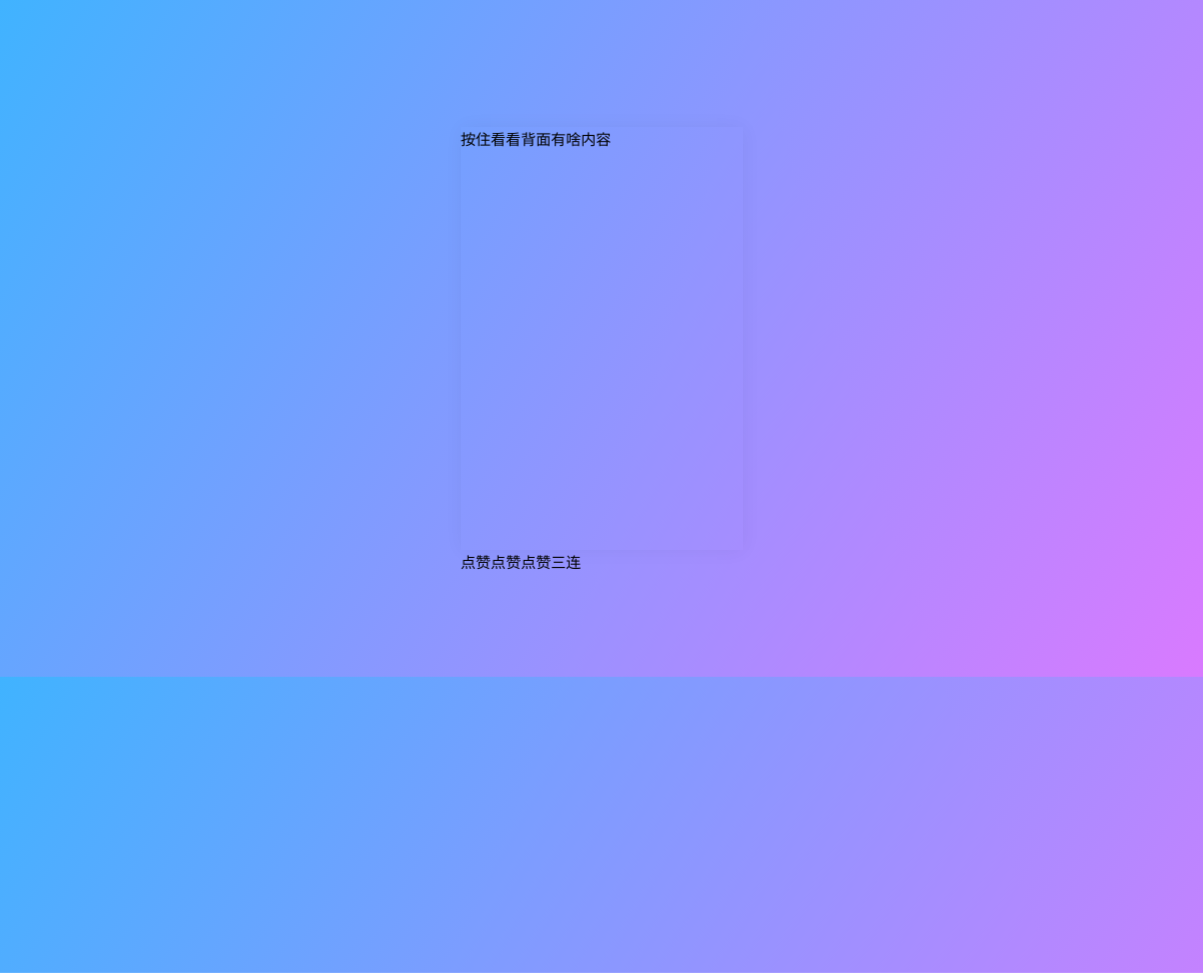
Repository: triumph-star/CSS-practice
Page: One CSS per day/overturn/index.html
The author's editor kept a copy of each file at every save. The page is drawn from the files as they stood at one save, then again after a run of saves.
The browser window is 1280 px wide. The pictures show the whole page, at 94% of full size.

Above is the page before, as saved 2020-11-17 09:30:45.

### One CSS per day/overturn/index.html
<!DOCTYPE html>
<html lang="en">
<head>
  <meta charset="UTF-8">
  <meta name="viewport" content="width=device-width, initial-scale=1.0">
  <title>翻转卡片</title>
  <link href="./css.css" rel="stylesheet"></link>
</head>
<body>
  <div class="card">
    <!-- 卡片正面 -->
    <div class="card_front">
      <p>按住看看背面有啥内容</p>
    </div>
    <!-- 卡片背面 -->
    <div class="card_back">
      <p>点赞</p>
      <p>点赞</p>
      <p>点赞</p>
      <p>三连</p>
    </div>
  </div>
</body>
</html>

### One CSS per day/overturn/css.css
* {
  margin: 0;
  padding: 0;
  user-select: none;
}

body {
  perspective: 1600px;
  height: 100vh;
  width: 100%;
  display: flex;
  justify-content: center;
  align-items: center;
  background-image: linear-gradient(120deg,#40b3ff,#d97aff);
}

.card{
  position: relative;
  transform-style: preserve-3d;
  width: 300px;
  height: 450px;
  cursor: pointer;
  box-shadow: 1px 1px 20px rgba(0, 0, 0, 0.05);
}

.card_front,.card_back{
  width: 100%;
  height: 100%;
  display: flex;
  justify-content: ;
}

After the next 6 saves:
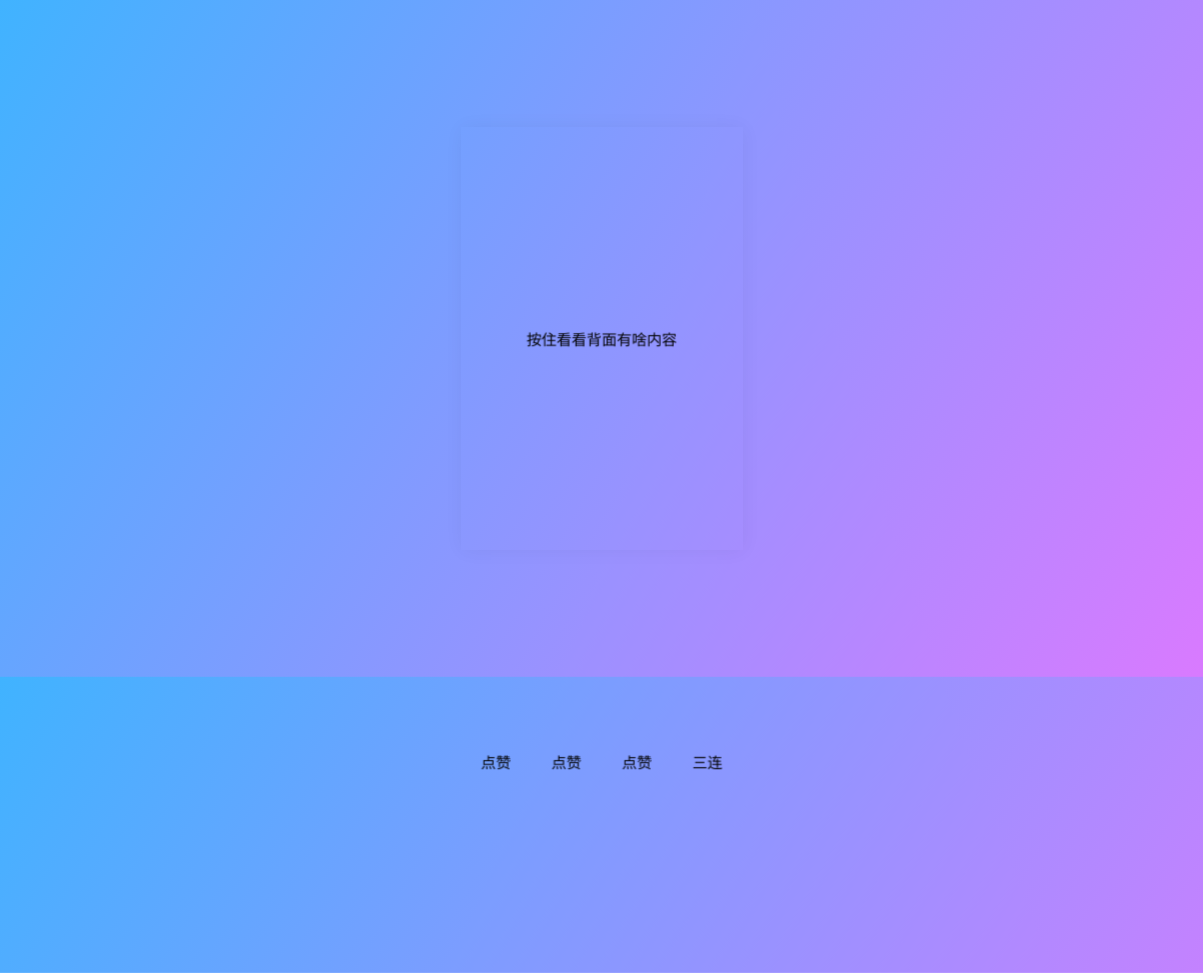
The 6 saves are shown as one change because they came seconds apart.
The last was saved 15 s later.
--- a/One CSS per day/overturn/css.css
+++ b/One CSS per day/overturn/css.css
@@ -27,5 +27,7 @@ body {
   width: 100%;
   height: 100%;
   display: flex;
-  justify-content: ;
+  justify-content: space-around;
+  align-items: center;
+  fle
 }
